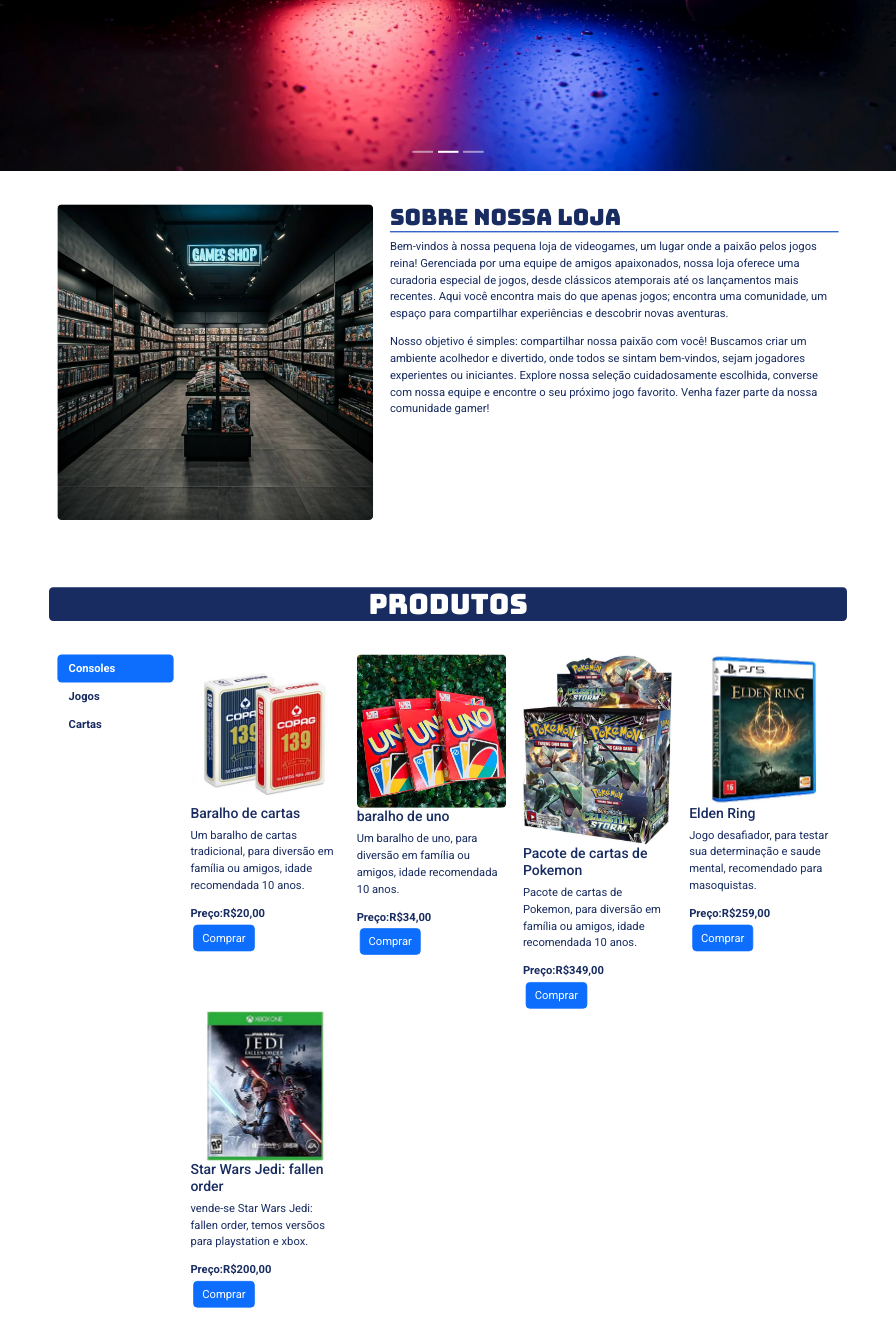
Repository: MatiasBrighent/GamesShop-Bootstrap
Page: index.html
The author's editor kept a copy of each file at every save. The page is drawn from the files as they stood at one save, then again after the next save.
The browser window is 1280 px wide. The pictures show the part of the page from y = 660 to 2580 px (the page is 2580 px tall), at 70% of full size.

Above is the page before, as saved 2025-06-20 15:47:25.

### index.html
<!DOCTYPE html>
<html lang="en">
<head>
    <meta charset="UTF-8">
    <meta name="viewport" content="width=device-width, initial-scale=1.0">
    <title>Games - Shop</title>
    <link rel="stylesheet" href="https://cdn.jsdelivr.net/npm/bootstrap@5.3.7/dist/css/bootstrap.min.css">
    <link rel="stylesheet" href="https://cdn.jsdelivr.net/npm/bootstrap-icons@1.13.1/font/bootstrap-icons.min.css">
    <link rel="preconnect" href="https://fonts.googleapis.com">
    <link rel="preconnect" href="https://fonts.gstatic.com" crossorigin>
    <link href="https://fonts.googleapis.com/css2?family=Bungee&family=Roboto:ital,wght@0,100..900;1,100..900&display=swap" rel="stylesheet">
    <link rel="stylesheet" href="style.css">
</head>
<body>
    <header class="navbar navbar-expand-lg  sticky-top p-4" id="header">
        <div class="container">
            <h1>Games - Shop</h1>
            <button type="button" class="navbar-toggler" data-bs-toggle="collapse" data-bs-target="#menu-nav">
                <span class="navbar-toggler-icon text-colored"></span>
            </button>
            <nav id="menu-nav" class="navbar-collapse collapse justify-content-end">
                <ul class="nav nav-pills d-block d-md-flex ">
                    <li class="nav-item fw-bold ">
                        <a class="nav-link " href="#sobre">
                            <i class="bi bi-house-door me-1"></i>
                            Sobre nós
                        </a>
                    </li>
                    <li  class="nav-item fw-bold">
                        <a class="nav-link" href="#produtos">
                            <i class="bi bi-basket me-1"></i>
                            Produtos
                        </a>
                    </li>
                    <li  class="nav-item fw-bold">
                        <a class="nav-link" href="#">
                            <i class="bi bi-chat-left-text me-1"></i>
                            Contato
                        </a>
                    </li>
            </nav>
        </div>
    </header>
    <div data-bs-spy="scroll" data-bs-target="header" data-bs-smooth-scrool="true">
        <section id="sobre">
            <div class="carousel slide" data-bs-ride="carousel" id="carousel">
                <div class="carousel-inner">
                    <div class="carousel-item active" data-bs-interval="3000">
                        <img class="w-100 " src="./images/slide/gameplay.jpg" alt="Gameplay de GTA V">
                    </div>
                    <div class="carousel-item active" data-bs-interval="3000">
                        <img class="w-100 " src="./images/slide/teclado+controle.jpg" alt="Teclado e um controle">
                    </div>
                    <div class="carousel-item active" data-bs-interval="3000">
                        <img class="w-100 " src="./images/slide/controles.jpg" alt="Dois controles de PS4">
                    </div>
                </div>
                <button type="button" class="carousel-control-prev" data-bs-target="#carousel" data-bs-slide="prev">
                    <span class="carousel-control-prev-icon"></span>
                </button>
                <button type="button" class="carousel-control-next" data-bs-target="#carousel" data-bs-slide="next">
                    <span class="carousel-control-next-icon"></span>
                </button>
                <div class="carousel-indicators">
                    <button type="button" data-bs-target="#carousel" data-bs-slide-to="0" class="active"></button>
                    <button type="button" data-bs-target="#carousel" data-bs-slide-to="1"></button>
                    <button type="button" data-bs-target="#carousel" data-bs-slide-to="2"></button>
                </div>
            </div>
            <div class="pt-5 pb-5">
                <div class="container">
                    <div class="row">
                        <div class="col-md-5">
                            <img src="images/Games-Shop.jpg" class="d-block w-100 rounded" alt="foto da nossa loja">
                        </div>
                        <div class="col-md-7 ">
                            <h2 class=" title  mt-md-0 text-colored">Sobre nossa loja</h2>
                            <p class="text-colored">
                                Bem-vindos à nossa pequena loja de videogames, um lugar onde a paixão pelos jogos reina! Gerenciada por uma equipe de amigos apaixonados, nossa loja oferece uma curadoria especial de jogos, desde clássicos atemporais até os lançamentos mais recentes. Aqui você encontra mais do que apenas jogos; encontra uma comunidade, um espaço para compartilhar experiências e descobrir novas aventuras.
                            </p>
                            <p class="text-colored">
                                Nosso objetivo é simples: compartilhar nossa paixão com você! Buscamos criar um ambiente acolhedor e divertido, onde todos se sintam bem-vindos, sejam jogadores experientes ou iniciantes. Explore nossa seleção cuidadosamente escolhida, converse com nossa equipe e encontre o seu próximo jogo favorito. Venha fazer parte da nossa comunidade gamer!
                            </p>
                        </div>
                    </div>
                </div>
            </div>
        </section>
        <section id="produtos" class="pt-5 pb-5">
            <div class="container">
                <div class="row">
                    <h1 class="section-title text-center mb-5 rounded">Produtos</h1>
                </div>
                <div class="row">
                    <aside class="col-md-2">
                        <nav class="nav nav-pills flex-column nav-cadarpio">
                            <button type="button" data-bs-toggle="tab" data-bs-target="#consoles" class="fw-bold text-start nav-link text-colored active">Consoles</button>
                            <button type="button" data-bs-toggle="tab" data-bs-target="#jogo" class="fw-bold text-start nav-link text-colored">Jogos</button>
                            <button type="button" data-bs-toggle="tab" data-bs-target="#cartas" class="fw-bold text-start nav-link text-colored">Cartas</button>
                        </nav>
                    </aside>
                    <div class="col-md-10">
                        <div class="tab-content">
                            <div class="tab-pane " id="consoles">
                                <div class="row">
                                    <div class="col-md-3 text-colored produto">
                                        <img src="./images/produtos/consoles/Series X.webp" alt="Xbox Series X" class="img-fluid rounded">
                                        <h5>Xbox series X</h5>
                                        <p>
                                            vende-se Xbox Series X, NOVO, 6 messes de garantia.
                                        </p>
                                        <strong>Preço:R$3.400,00</strong>
                                        <div class="">
                                            <button type="button" class="btn btn-primary m-1">Comprar</button>
                                        </div>
                                    </div>
                                    <div class="col-md-3 text-colored produto">
                                        <img src="./images/produtos/consoles/switch.webp" alt="Nintendo switch oled 64GB" class="img-fluid rounded">
                                        <h5>Nintendo switch oled 64GB</h5>
                                        <p>
                                            vende-se nintendo switch  oled 64GB, NOVO, 6 messes de garantia.
                                        </p>
                                        <strong>Preço:R$3.100,00</strong>
                                        <div class="">
                                            <button type="button" class="btn btn-primary m-1">Comprar</button>
                                        </div>
                                    </div>
                                    <div class="col-md-3 text-colored produto">
                                        <img src="./images/produtos/consoles/3DS.webp" alt="Nintendo 3DS XL" class="img-fluid rounded">
                                        <h5>Nintendo 3DS XL</h5>
                                        <p>
                                            vende-se nintendo 3DS XL, preto, bem conservado, 3 messes de garantia.
                                        </p>
                                        <strong>Preço:R$2.400,00</strong>
                                        <div class="">
                                            <button type="button" class="btn btn-primary m-1">Comprar</button>
                                        </div>
                                    </div>
                                    <div class="col-md-3 text-colored produto">
                                        <img src="./images/produtos/consoles/Series S.webp" alt="Xbox Series S" class="img-fluid rounded">
                                        <h5>Xbox series S</h5>
                                        <p>
                                            vende-se Xbox Series S, NOVO, 6 messes de garantia.
                                        </p>
                                        <strong>Preço:R$2.990,00</strong>
                                        <div class="">
                                            <button type="button" class="btn btn-primary m-1">Comprar</button>
                                        </div>
                                    </div>
                                    <div class="col-md-3 text-colored produto">
                                        <img src="./images/produtos/consoles/PS5.webp" alt="Playstation 5 slim" class="img-fluid rounded">
                                        <h5>Playstation 5 slim</h5>
                                        <p>
                                            vende-se Playstation 5 slim, Novo, 6 messes de garantia.
                                        </p>
                                        <strong>Preço:R$2.900,00</strong>
                                        <div class="">
                                            <button type="button" class="btn btn-primary m-1">Comprar</button>
                                        </div>
                                    </div>
                                </div>
                            </div>
                            <div class="tab-pane" id="jogo">
                                <div class="row">
                                    <div class="col-md-3 text-colored produto">
                                        <img src="./images/produtos/jogos/SmashBros.webp" alt="Super Smash Bros" class="img-fluid rounded">
                                        <h5>Super Smash Bros</h5>
                                        <p>
                                            jogo para diversão em família ou amigos, idade recomendada 10 anos.
                                        </p>
                                        <strong>Preço:R$349,00</strong>
                                        <div class="">
                                            <button type="button" class="btn btn-primary m-1">Comprar</button>
                                        </div>
                                    </div>
                                    <div class="col-md-3 text-colored produto">
                                        <img src="./images/produtos/jogos/Zelda.webp" alt="the legend of Zelda Link's awakening" class="img-fluid rounded">
                                        <h5>the legend of Zelda Link's awakening</h5>
                                        <p>
                                            jogo tranquilo e relaxante, livre para todos.
                                        </p>
                                        <strong>Preço:R$349,00</strong>
                                        <div class="">
                                            <button type="button" class="btn btn-primary m-1">Comprar</button>
                                        </div>
                                    </div>
                                    <div class="col-md-3 text-colored produto">
                                        <img src="./images/produtos/jogos/pokemonviolet.webp" alt="Pokemon Violet" class="img-fluid rounded">
                                        <h5>Pokemon Violet</h5>
                                        <p>
                                            jogo tranquilo e relaxante, livre para todos.
                                        </p>
                                        <strong>Preço:R$349,00</strong>
                                        <div class="">
                                            <button type="button" class="btn btn-primary m-1">Comprar</button>
                                        </div>
                                    </div>
                                    <div class="col-md-3 text-colored produto">
                                        <img src="./images/produtos/jogos/eldenring.webp" alt="Elden Ring" class="img-fluid rounded">
                                        <h5>Elden Ring</h5>
                                        <p>
                                            Jogo desafiador, para testar sua determinação e saude mental, recomendado para masoquistas.
                                        </p>
                                        <strong>Preço:R$259,00</strong>
                                        <div class="">
                                            <button type="button" class="btn btn-primary m-1">Comprar</button>
                                        </div>
                                    </div>
                                    <div class="col-md-3 text-colored produto ">
                                        <img src="./images/produtos/jogos/Jedi.webp" alt="Star Wars Jedi: fallen order" class="img-fluid rounded">
                                        <h5>Star Wars Jedi: fallen order</h5>
                                        <p>
                                            vende-se Star Wars Jedi: fallen order, temos versõos para playstation e xbox.
                                        </p>
                                        <strong>Preço:R$200,00</strong>
                                        <div class="">
                                            <button type="button" class="btn btn-primary m-1">Comprar</button>
                                        </div>
                                    </div>
                                </div>
                            </div>
                            <div class="tab-pane active" id="cartas">
                                <div class="row">
                                    <div class="col-md-3 text-colored produto">
                                        <img src="./images/produtos/cartas/baralho.jpg" alt="baralho" class="img-fluid rounded">
                                        <h5>Baralho de cartas</h5>
                                        <p>
                                            Um baralho de cartas tradicional, para diversão em família ou amigos, idade recomendada 10 anos.
                                        </p>
                                        <strong>Preço:R$20,00</strong>
                                        <div class="">
                                            <button type="button" class="btn btn-primary m-1">Comprar</button>
                                        </div>
                                    </div>
                                    <div class="col-md-3 text-colored produto">
                                        <img src="./images/produtos/cartas/uno.jpg" alt="baralho de uno" class="img-fluid rounded">
                                        <h5>baralho de uno</h5>
                                        <p>
                                            Um baralho de uno, para diversão em família ou amigos, idade recomendada 10 anos.
                                        </p>
                                        <strong>Preço:R$34,00</strong>
                                        <div class="">
                                            <button type="button" class="btn btn-primary m-1">Comprar</button>
                                        </div>
                                    </div>
                                    <div class="col-md-3 text-colored produto">
                                        <img src="./images/produtos/cartas/pokemon.tcg.jpg" alt="Pokemon tcg " class="img-fluid rounded">
                                        <h5>Pacote de cartas de Pokemon</h5>
                                        <p>
                                            Pacote de cartas de Pokemon, para diversão em família ou amigos, idade recomendada 10 anos.
                                        </p>
                                        <strong>Preço:R$349,00</strong>
                                        <div class="">
                                            <button type="button" class="btn btn-primary m-1">Comprar</button>
                                        </div>
                                    </div>
                                    <div class="col-md-3 text-colored produto">
                                        <img src="./images/produtos/jogos/eldenring.webp" alt="Elden Ring" class="img-fluid rounded">
                                        <h5>Elden Ring</h5>
                                        <p>
                                            Jogo desafiador, para testar sua determinação e saude mental, recomendado para masoquistas.
                                        </p>
                                        <strong>Preço:R$259,00</strong>
                                        <div class="">
                                            <button type="button" class="btn btn-primary m-1">Comprar</button>
                                        </div>
                                    </div>
                                    <div class="col-md-3 text-colored produto ">
                                        <img src="./images/produtos/jogos/Jedi.webp" alt="Star Wars Jedi: fallen order" class="img-fluid rounded">
                                        <h5>Star Wars Jedi: fallen order</h5>
                                        <p>
                                            vende-se Star Wars Jedi: fallen order, temos versõos para playstation e xbox.
                                        </p>
                                        <strong>Preço:R$200,00</strong>
                                        <div class="">
                                            <button type="button" class="btn btn-primary m-1">Comprar</button>
                                        </div>
                                    </div>
                                </div>
                            </div>
                        </div>
                    </div>
                </div>
            </div>
        </section>

    </div>

    <script src="https://cdn.jsdelivr.net/npm/bootstrap@5.3.7/dist/js/bootstrap.bundle.min.js"></script>
</body>
</html>

### style.css
body{
    font-family: Roboto, sans-serif;
}

header h1{
    font-family: Bungee;
    color: #fff;
}

.section-title{
    font-family: Bungee;
    color: #fff;
    background-color: #182c61;
}

.title{
    font-family: Bungee;
    color: #182c61;
    border-bottom: 2px solid #3564ca;
}

.text-colored{
    color: #182c61;
}


#header{
    background-color: #182c61;
}

#header .nav .nav-link.active{
    background-color: #fff;
    color: #182c61;
}

#header .nav .nav-link,
#header h1{
    color: #fff;
}

.navbar-toggler{
    background-color: #fff;
}

.carousel-item img{
    height: 800px;
}

.produto:hover{
    box-shadow: 0 0 10px rgba(81, 128, 228, 0.2);
    border: 1px solid #3564ca;
    border-radius: 4px;
}

After the next save:
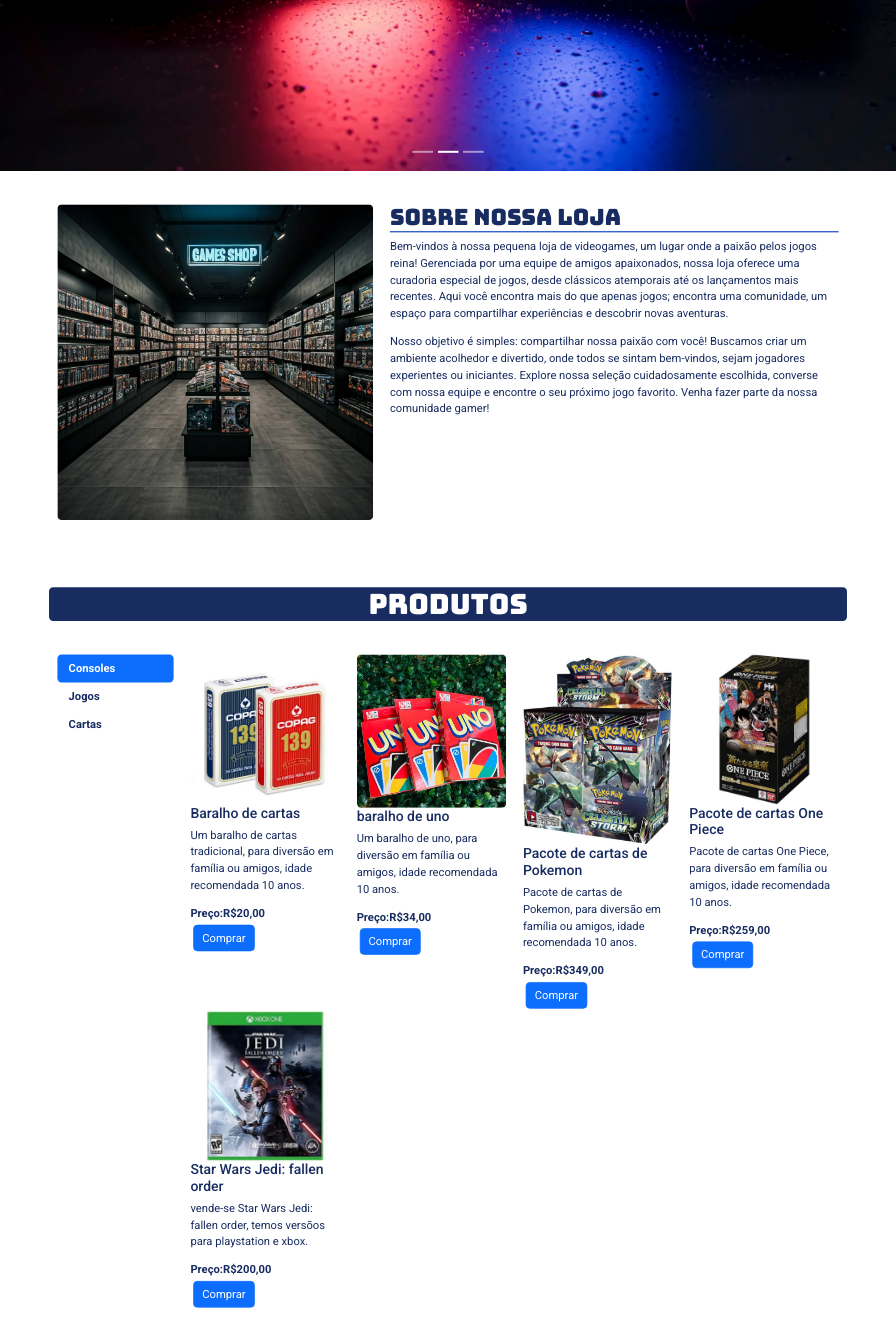
Saved 97 s later.
--- a/index.html
+++ b/index.html
@@ -255,10 +255,10 @@
                                         </div>
                                     </div>
                                     <div class="col-md-3 text-colored produto">
-                                        <img src="./images/produtos/jogos/eldenring.webp" alt="Elden Ring" class="img-fluid rounded">
-                                        <h5>Elden Ring</h5>
-                                        <p>
-                                            Jogo desafiador, para testar sua determinação e saude mental, recomendado para masoquistas.
+                                        <img src="./images/produtos/cartas/onepiece.tcg.jpg" alt="Pacote de cartas one piece" class="img-fluid rounded">
+                                        <h5>Pacote de cartas One Piece</h5>
+                                        <p>
+                                            Pacote de cartas One Piece, para diversão em família ou amigos, idade recomendada 10 anos.
                                         </p>
                                         <strong>Preço:R$259,00</strong>
                                         <div class="">
